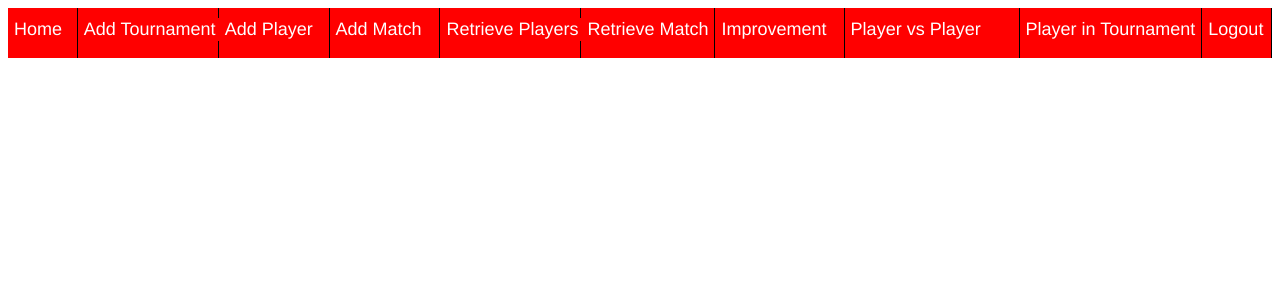
Repository: prm2711/javaapps
Page: http://localhost/Tournament/front.jsp
These files come from the project's save history. The page is drawn as it stood at one moment and after the next save; the edit follows.
The browser window is 1280 px wide. The pictures show the whole page.
The page is served by Tomcat 9. The session is filled in as if someone had signed in: {"name": "admin", "username": "admin"}.

Above is the page before, as saved 2018-01-29 09:00:15.

After the next save:
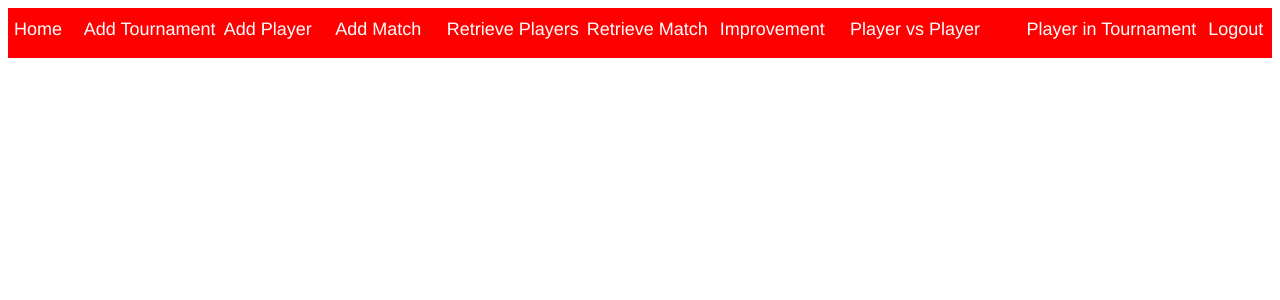
Saved 2 min 51 s later.
--- a/eclipse-workspace/Tournament/WebContent/css/front.css
+++ b/eclipse-workspace/Tournament/WebContent/css/front.css
@@ -13,7 +13,6 @@ li {
 	float: left;
 	font-size: 20px;
 	width: 110px;
-	border-right: 1px black solid;
 }
 
 .home, .logout {
